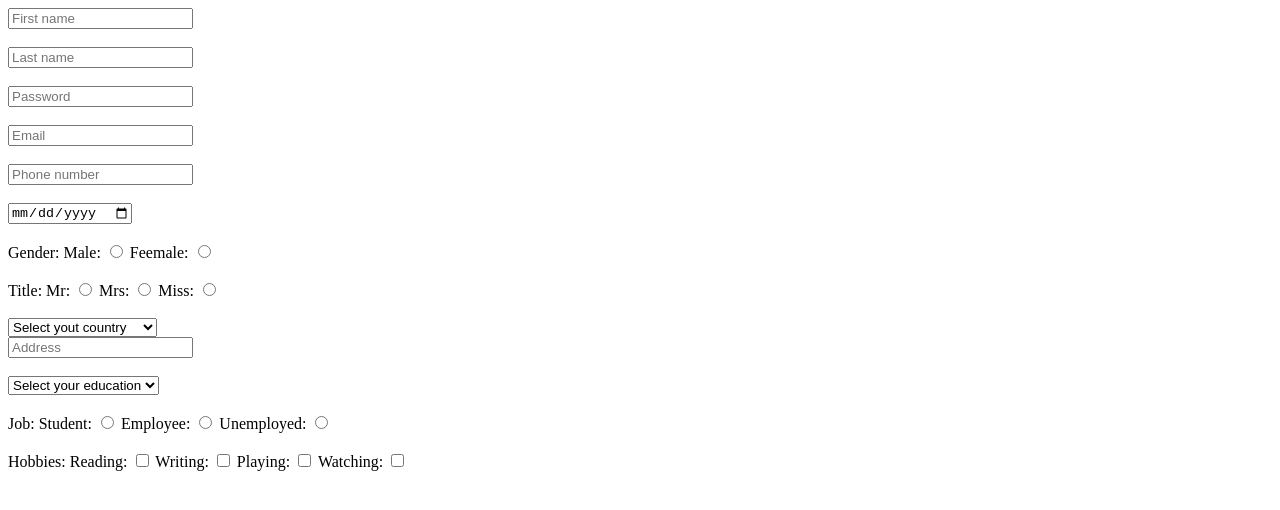
Repository: Haakim19/web-dev
Page: http://localhost/form2/index.php
The author's editor kept a copy of each file at every save. The page is drawn from the files as they stood at one save, then again after the next save.
The browser window is 1280 px wide. The pictures show the whole page.
The page is run by PHP 8.4 with error messages shown; the project is at /var/www/html/.

Above is the page before, as saved 2024-06-06 18:34:25.

### form2/index.php
<!DOCTYPE html>
<html lang="en">

<head>
    <meta charset="UTF-8">
    <meta name="viewport" content="width=device-width, initial-scale=1.0">
    <title>User detail servay form</title>
</head>

<body>
    <form action="" method="POST">
        <div class="centerd_element">
            <div>
                <input type="text" id="fname" placeholder="First name">
            </div>
            <br>
            <div>
                <input type="text" id="lname" placeholder="Last name">
            </div>
            <br>
            <div>
                <input type="password" id="pwd" placeholder="Password">
            </div>
            <br>
            <div>
                <input type="email" id="email" placeholder="Email">
            </div>
            <br>
            <div>
                <input type="tel" id="pNum" placeholder="Phone number">
            </div>
            <br>
            <div>
                <input type="date" id="bDay" placeholder="Birthday">
            </div>
            <br>
            <div>
                <label for="gender">Gender:</label>
                <label> Male:</label>
                <input type="radio" id="male" name="gender" value="male">
                <label> Feemale:</label>
                <input type="radio" id="female" name="gender" value="male">
            </div>
            <br>
            <div>
                <label for="title">Title:</label>
                <label> Mr:</label>
                <input type="radio" id="Mr" name="title" value="Mr">
                <label> Mrs:</label>
                <input type="radio" id="Mrs" name="title" value="Mrs">
                <label> Miss:</label>
                <input type="radio" id="Miss" name="title" value="Miss">
            </div>
            <br>
            <div>
                <select name="country" id="dropdown" class="countrySelection">
                    <option value disabled selected>Select yout country</option>
                    <option value="sri lanka">Sri lanka</option>
                    <option value="india">India</option>
                    <option value="pakistan">Pakistan</option>
                    <option value="bangladesh">Bangladesh</option>
                    <option value="nepal">Nepal</option>
                    <option value="maldives">Maldives</option>
                    <option value="bhutan">Bhutan</option>
                    <option value="afghanistan">Afghanistan</option>
                    <option value="iran">Iran</option>
                    <option value="iraq">Iraq</option>
                    <option value="kuwait">Kuwait</option>
                    <option value="oman">Oman</option>
                    <option value="qatar">Qatar</option>
                    <option value="saudi arabia">Saudi Arabia</option>
                    <option value="syria">Syria</option>
                    <option value="turkey">Turkey</option>
                    <option value="united arab emirates">United Arab Emirates</option>
                    <option value="egipt">Egipt</option>
                    <option value="australiya">Australiya</option>
                    <option value="armenia">Armenia</option>
                    <option value="georgia">Georgia</option>
                    <option value="uk">Unaited kingdom</option>
                    <option value="usa">USA</option>
                </select>

                <div>
                    <input type="text" id="address" placeholder="Address">
                </div>
                <br>
                <div>
                    <select name="education" id="education" class="eduSelection">
                        <option value disabled selected>Select your education</option>
                        <option value="primary">Primary</option>
                        <option value="secondary">Secondary</option>
                        <option value="high school">High school</option>
                        <option value="diploma">Diploma</option>
                        <option value="degree">Degree</option>
                        <option value="master">Master</option>
                        <option value="phd">PhD</option>
                    </select>
                </div>
                <br>
                <div>
                    <label for="job">Job:</label>
                    <label> Student:</label>
                    <input type="radio" id="student" name="job" value="student">
                    <label> Employee:</label>
                    <input type="radio" id="employee" name="job" value="employee">
                    <label> Unemployed:</label>
                    <input type="radio" id="unemployed" name="job" value="unemployed">
                </div>
                <br>
                <div>
                    <label for="hobbies">Hobbies:</label>
                    <label> Reading:</label>
                    <input type="checkbox" id="reading" name="hobbies" value="reading">
                    <label> Writing:</label>
                    <input type="checkbox" id="writing" name="hobbies" value="writing">
                    <label> Playing:</label>
                    <input type="checkbox" id="playing" name="hobbies" value="playing">
                    <label> Watching:</label>
                    <input type="checkbox" id="watching" name="hobbies" value="watching">
                </div>
            </div>

    </form>
</body>

</html>

After the next save:
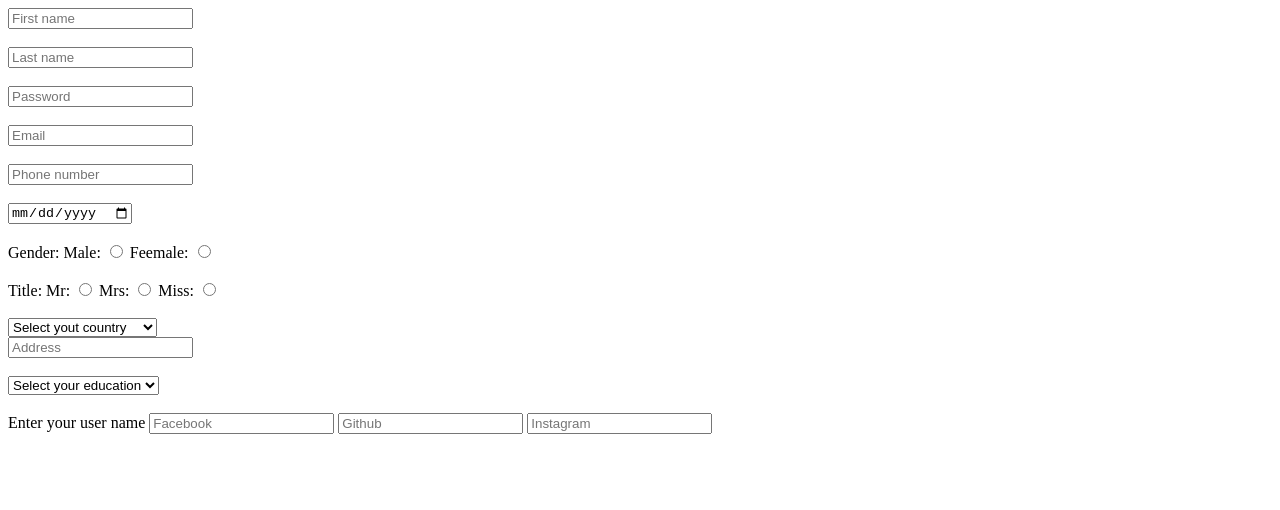
Saved 3 min 34 s later.
--- a/form2/index.php
+++ b/form2/index.php
@@ -97,26 +97,11 @@
                     </select>
                 </div>
                 <br>
-                <div>
-                    <label for="job">Job:</label>
-                    <label> Student:</label>
-                    <input type="radio" id="student" name="job" value="student">
-                    <label> Employee:</label>
-                    <input type="radio" id="employee" name="job" value="employee">
-                    <label> Unemployed:</label>
-                    <input type="radio" id="unemployed" name="job" value="unemployed">
-                </div>
-                <br>
-                <div>
-                    <label for="hobbies">Hobbies:</label>
-                    <label> Reading:</label>
-                    <input type="checkbox" id="reading" name="hobbies" value="reading">
-                    <label> Writing:</label>
-                    <input type="checkbox" id="writing" name="hobbies" value="writing">
-                    <label> Playing:</label>
-                    <input type="checkbox" id="playing" name="hobbies" value="playing">
-                    <label> Watching:</label>
-                    <input type="checkbox" id="watching" name="hobbies" value="watching">
+                <div class="username">
+                    <label for="username">Enter your user name</label>
+                    <input type="text" id="facebook" placeholder="Facebook">
+                    <input type="text" id="github" placeholder="Github">
+                    <input type="text" id="instagram" placeholder="Instagram">
                 </div>
             </div>
 
